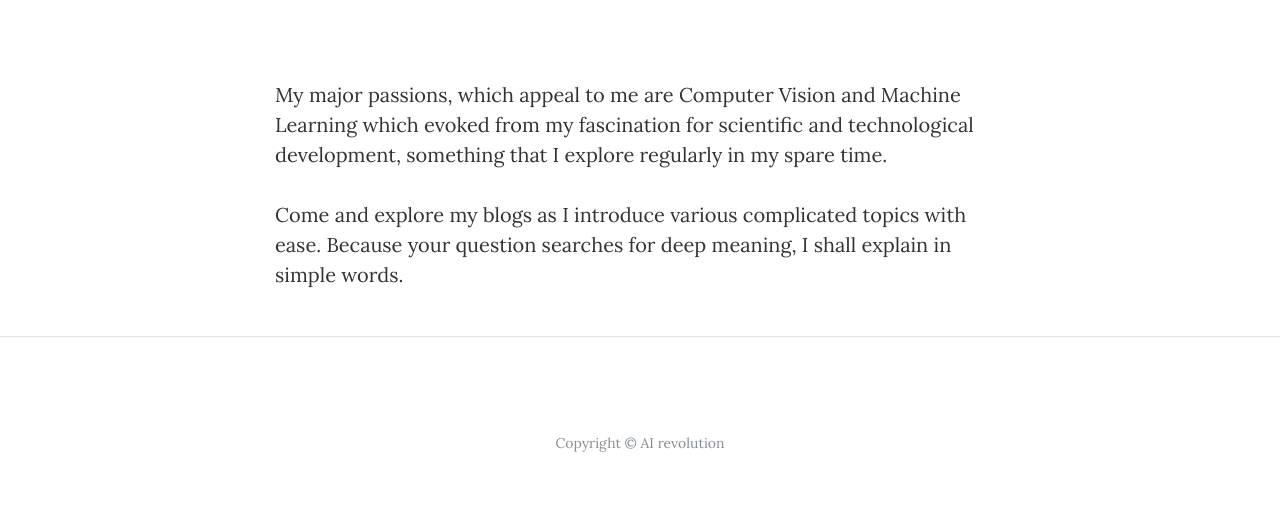
Repository: wahibkhannn/WriteWise-AI_blogging
Page: http://localhost/about
The author's editor kept a copy of each file at every save. The page is drawn from the files as they stood at one save, then again after the next save.
The browser window is 1280 px wide. The pictures show the part of the page from y = 524 to 1073 px (the page is 1043 px tall before and 1073 px after).
Some web fonts or font styles are not loaded; a fallback is used. The page is served by the project's application, run on Flask 3 (app.py).

Above is the page before, as saved 2025-07-01 13:59:47.

After the next save:
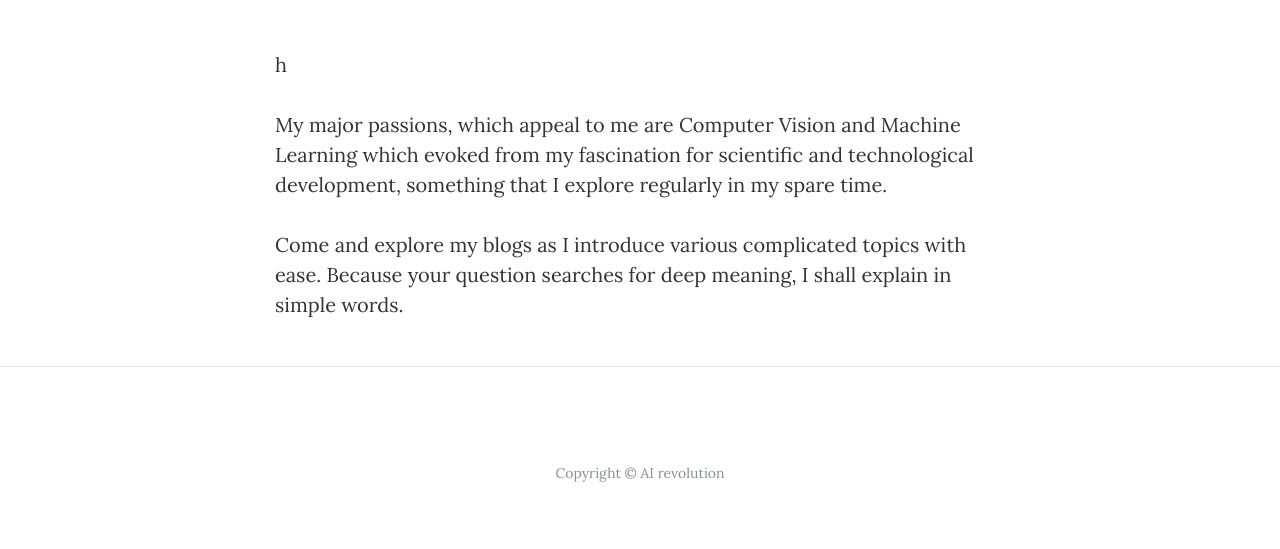
Saved 14 s later.
--- a/templates/about.html
+++ b/templates/about.html
@@ -65,6 +65,7 @@
     <div class="container">
       <div class="row">
         <div class="col-lg-8 col-md-10 mx-auto">
+          h
           <p></p>
           <p>My major passions, which appeal to me are Computer Vision and Machine Learning which evoked from my fascination for scientific and technological development, something that I explore regularly in my spare time.</p>
           <p>Come and explore my blogs as I introduce various complicated topics with ease. Because your question searches for deep meaning, I shall explain in simple words.</p>
